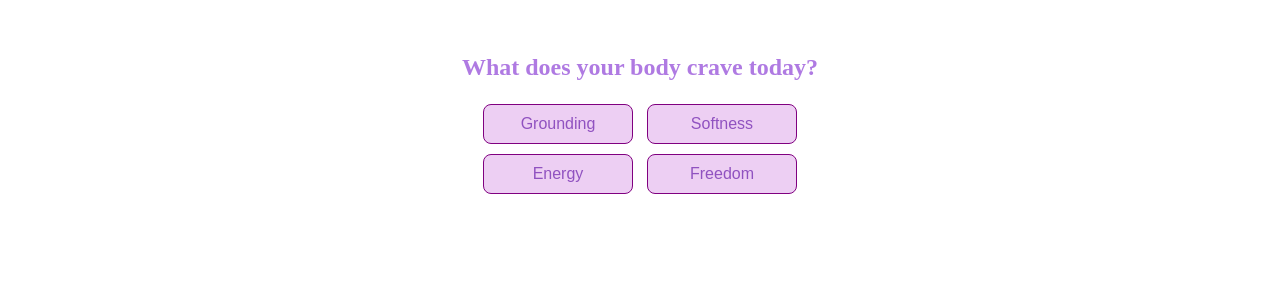
Repository: karim0829/Bella-Oter-Project
Page: index.html
The author's editor kept a copy of each file at every save. The page is drawn from the files as they stood at one save, then again after the next save.
The browser window is 1280 px wide. The pictures show the whole page.

Above is the page before, as saved 2025-06-30 19:21:39.

### index.html
<!DOCTYPE html>
<html lang="en">
<head>
    <meta charset="UTF-8">
    <meta name="viewport" content="width=device-width, initial-scale=1.0">
    <title>Bella Oter</title>
    <link rel="stylesheet" href = "style.css">
</head>
<body>
    <br>
    <br>
    <br>
    <header>
        <!--Header with radio buttons-->
    <form>
        <label><h1>What does your body crave today?</h1></label><br>
        <button type = 'submit' id = 'grounding' name='grounding'>Grounding</button>
        <button type = 'submit' id = 'softness' name='softness'>Softness</button><br>
        <button type = 'submit' id = 'energy' name='energy'>Energy</button>
        <button type = 'submit' id = 'freedom' name='freedom'>Freedom</button>
    </form>
    </header>
    <!--Content-->
<section>
    <h1></h1>
</section>

</body>
</html>

### style.css

* {
    padding:0;
    margin:0;

}

body {
    text-align: center;
}

form h1 {
    font-size:24px;
    text-align: center;
    color:rgba(125, 37, 207, 0.613)
}

 button {
    width: 150px;
    height: 40px;
    cursor: pointer;
    border: 1px solid purple;;
    border-radius: 8px;
    background-color: #edcff3;
    font-size: 16px;
    margin-top:10px;
    margin:5px;
    color:rgba(85, 4, 160, 0.613);
}

After the next save:
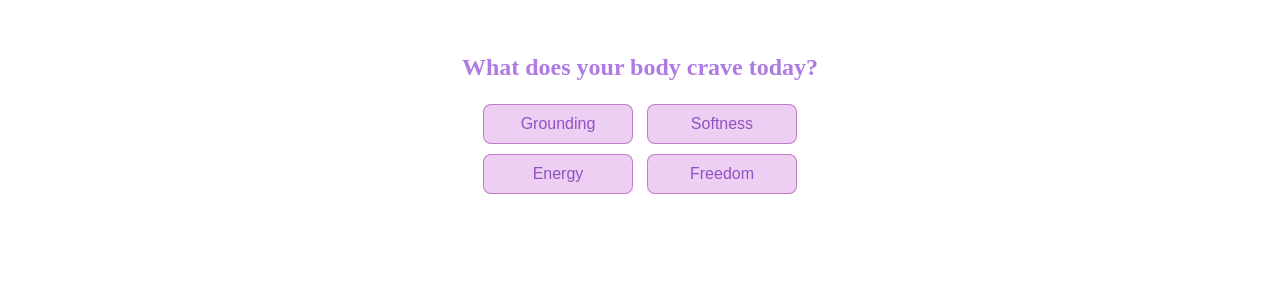
Saved 110 s later.
--- a/style.css
+++ b/style.css
@@ -19,7 +19,7 @@ form h1 {
     width: 150px;
     height: 40px;
     cursor: pointer;
-    border: 1px solid purple;;
+    border: 1px solid rgba(128, 0, 128, 0.401);;
     border-radius: 8px;
     background-color: #edcff3;
     font-size: 16px;
